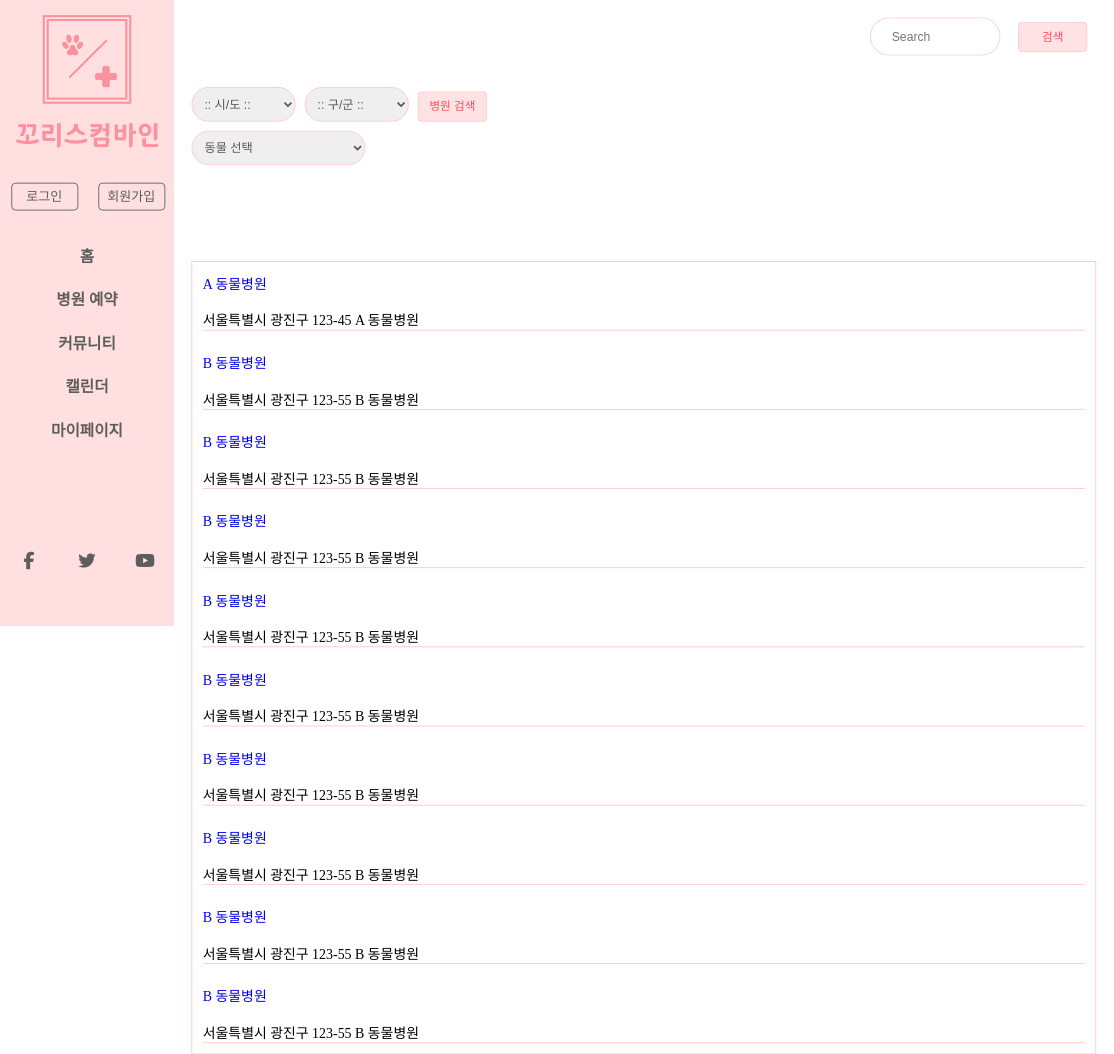
Repository: dodnam/kkoris
Page: http://localhost/1_kkoris/reservation1.jsp
The author's editor kept a copy of each file at every save. The page is drawn from the files as they stood at one save, then again after the next save.
The browser window is 1280 px wide. The pictures show the whole page, at 87% of full size.
Some web libraries are served in a nearby version. The page is served by Tomcat 9.

Above is the page before, as saved 2020-02-17 02:18:14.

### 1_kkoris/WebContent/reservation1.jsp
<%@ page language="java" contentType="text/html; charset=UTF-8"
    pageEncoding="UTF-8"%>
<!DOCTYPE html>
<html>
<head>
<meta charset="UTF-8">
<title>Insert title here</title>
<link rel="stylesheet" type="text/css" href="<%= request.getContextPath() %>/css/index.css"/>
<style>
	.search_input{width: 150px; padding: 12px 24px; font-size: 14px; line-height: 18px; color: #575756; background-size: 18px 18px; border-radius: 50px; backface-visibility: hidden; border: 1px solid #ffc6c9;position: fixed; right:130px; top: 20px; outline:none;}
   .search_box1{line-height: 30px; text-align: center; background-color: #ffe3e4; color:#ff4e59;border: 1px solid #fcc6c9; border-radius: 5px; width: 80px; height: 35px;  position: fixed;right: 30px; top: 25px; outline:none;}
   	#first{width: 120px; padding: 10px; font-size: 14px; line-height: 18px; color: #575756;background-size: 18px 10px; border-radius: 50px; border: 1px solid #ffc6c9;position: fixed; top: 100px; left:220px; outline:none;}
   	#second{width: 120px; padding: 10px; font-size: 14px; line-height: 18px; color: #575756;background-size: 18px 10px; border-radius: 50px; border: 1px solid #ffc6c9;position: fixed; top: 100px; left: 350px; outline:none;}
   	.search_box2{line-height: 30px; text-align: center; background-color: #ffe3e4; color:#ff4e59;border: 1px solid #fcc6c9; border-radius: 5px; width: 80px; height: 35px;  position: fixed;left: 480px; top: 105px; outline:none;}
   	.search_animal{width: 200px; padding: 10px; font-size: 14px; line-height: 18px; color: #575756;background-size: 18px 10px; border-radius: 50px; border: 1px solid #ffc6c9;position: fixed; top: 150px; left:220px; outline:none;}
   	.medical_departments{width: 200px; padding: 10px; font-size: 14px; line-height: 18px; color: #575756;background-size: 18px 10px; border-radius: 50px; border: 1px solid #ffc6c9;position: fixed; top: 200px; left:220px; outline:none;}
   	.hospital_list{border:1px solid #ffc6c9; overflow: auto; left:220px; right: 20px; bottom:50px;margin-top:300px; margin-left:20px; margin-right:20px;}
   	.hospital_list>ul>li{padding:12px;}
   	.hospital_list>ul>li::after{content: ''; display:block; border-bottom: 1px solid #ffc6c9; width:100%;}


</style>
	<script type="text/javascript">

		   // 지역 선택

		   var f_selbox = ["서울특별시","인천광역시","대전광역시","광주광역시","대구광역시","울산광역시","부산광역시","경기도","강원도","충청북도","충청남도","전라북도","전라남도","경상북도","경상남도","제주도"];
		   var s_selbox = new Array();
		   s_selbox[0] = ["강남구","강동구","강북구","강서구","관악구","광진구","구로구","금천구","노원구","도봉구","동대문구","동작구","마포구","서대문구","서초구","성동구","성북구","송파구","양천구","영등포구","용산구","은평구","종로구","중구","중랑구"];
		   s_selbox[1] = ["계양구","남구","남동구","동구","부평구","서구","연수구","중구","강화군","옹진군"];
		   s_selbox[2] = ["대덕구","동구","서구","유성구","중구"];
		   s_selbox[3] = ["광산구","남구","동구",     "북구","서구"];
		   s_selbox[4] = ["남구","달서구","동구","북구","서구","수성구","중구","달성군"];
		   s_selbox[5] = ["남구","동구","북구","중구","울주군"];
		   s_selbox[6] = ["강서구","금정구","남구","동구","동래구","부산진구","북구","사상구","사하구","서구","수영구","연제구","영도구","중구","해운대구","기장군"];
		   s_selbox[7] = ["고양시","과천시","광명시","광주시","구리시","군포시","김포시","남양주시","동두천시","부천시","성남시","수원시","시흥시","안산시","안성시","안양시","양주시","오산시","용인시","의왕시","의정부시","이천시","파주시","평택시","포천시","하남시","화성시","가평군","양평군","여주군","연천군"];
		   s_selbox[8] = ["강릉시","동해시","삼척시","속초시","원주시","춘천시","태백시","고성군","양구군","양양군","영월군","인제군","정선군","철원군","평창군","홍천군","화천군","횡성군"];
		   s_selbox[9]= ["제천시","청주시","충주시","괴산군","단양군","보은군","영동군","옥천군","음성군","증평군","진천군","청원군"];
		   s_selbox[10] = ["계룡시","공주시","논산시","보령시","서산시","아산시","천안시","금산군","당진군","부여군","서천군","연기군","예산군","청양군","태안군","홍성군"];
		   s_selbox[11] = ["군산시","김제시","남원시","익산시","전주시","정읍시","고창군","무주군","부안군","순창군","완주군","임실군","장수군","진안군"];
		   s_selbox[12] = ["광양시","나주시","목포시","순천시","여수시","강진군","고흥군","곡성군","구례군","담양군","무안군","보성군","신안군","영광군","영암군","완도군","장성군","장흥군","진도군","함평군","해남군","화순군"];
		   s_selbox[13] = ["경산시","경주시","구미시","김천시","문경시","상주시","안동시","영주시","영천시","포항시","고령군","군위군","봉화군","성주군","영덕군","영양군","예천군","울릉군","울진군","의성군","청도군","청송군","칠곡군"];
		   s_selbox[14] = ["거제시","김해시","마산시","밀양시","사천시","양산시","진주시","진해시","창원시","통영시","거창군","고성군","남해군","산청군","의령군","창녕군","하동군","함안군","함양군","합천군"];
		   s_selbox[15] = ["서귀포시","제주시","남제주군","북제주군"];

 		function init(f){
 			var f_sel = f.first;
 			var s_sel = f.second;

 			f_sel.options[0] = new Option(":: 시/도 ::", "");
 			s_sel.options[0] = new Option(":: 구/군 ::", "");

 			for(var i = 0; i < f_selbox.length; i++){
 				f_sel.options[i+1] = new Option(f_selbox[i], f_selbox[i]);
 			}
 		}
 		function initChange(f){
 			var f_sel = f.first;
 			var s_sel = f.second;

 			var sel = f_sel.selectedIndex;
 			for(var i = s_sel.length; i >= 0; i--){
 				s_sel.options[i] = null;
 			}

 			s_sel.options[0] = new Option(":: 시/도 ::", "");

 			if(sel != 0){
 				for(var i = 0; i < s_selbox[sel-1].length; i++){
 					s_sel.options[i+1] = new Option(s_selbox[sel-1][i], s_selbox[sel-1][i]);
 				}
 			}
 		}

 		</script>

</head>
<body onload = "init(this.form);">
	<%@ include file="views/layout.jsp" %>

	<div class="container">
		<div>
			<input class="search_input" type="search" placeholder="Search">
			<button class="search_box1">검색</button>
		</div>
		<form name="form">
			<select id="first" onchange="initChange(this.form);"></select>
			<select id="second"></select>
		</form>
		<div >
			<button class="search_box2">병원 검색</button>
		</div>
		<div>
			<select class="search_animal">
				<option>동물 선택</option>
				<option>동물 선택</option>
				<option>동물 선택</option>
			</select>
		</div>

		<div class="hospital_list">
			<ul>
				<li>
					<a href="#">
						A 동물병원
					</a><br><br>
					서울특별시 광진구 123-45 A 동물병원
				</li>
				<li>
					<a href="#">
						B 동물병원
					</a><br><br>
					서울특별시 광진구 123-55 B 동물병원<br>
				</li>
				<li>
					<a href="#">
						B 동물병원
					</a><br><br>
					서울특별시 광진구 123-55 B 동물병원<br>
				</li>
				<li>
					<a href="#">
						B 동물병원
					</a><br><br>
					서울특별시 광진구 123-55 B 동물병원<br>
				</li>
				<li>
					<a href="#">
						B 동물병원
					</a><br><br>
					서울특별시 광진구 123-55 B 동물병원<br>
				</li>
				<li>
					<a href="#">
						B 동물병원
					</a><br><br>
					서울특별시 광진구 123-55 B 동물병원<br>
				</li>
				<li>
					<a href="#">
						B 동물병원
					</a><br><br>
					서울특별시 광진구 123-55 B 동물병원<br>
				</li>
				<li>
					<a href="#">
						B 동물병원
					</a><br><br>
					서울특별시 광진구 123-55 B 동물병원<br>
				</li>
				<li>
					<a href="#">
						B 동물병원
					</a><br><br>
					서울특별시 광진구 123-55 B 동물병원<br>
				</li>
				<li>
					<a href="#">
						B 동물병원
					</a><br><br>
					서울특별시 광진구 123-55 B 동물병원<br>
				</li>
			</ul>
		</div>

	</div>
</body>
</html>

### 1_kkoris/WebContent/views/layout.jsp
<%@ page language="java" contentType="text/html; charset=UTF-8"
    pageEncoding="UTF-8"%>
<!DOCTYPE html>
<html>
<head>
<meta charset="UTF-8">
<title>Insert title here</title>
<link href="https://fonts.googleapis.com/css?family=Noto+Sans+KR&display=swap" rel="stylesheet">
<script src="https://kit.fontawesome.com/18fd811fa1.js" crossorigin="anonymous"></script> <!-- sns아이콘 -->
<link rel="stylesheet" type="text/css" href="<%= request.getContextPath() %>/css/layout.css"/> <!-- 작성할 css를 연결 -->
</head>
<body>
	<header><!-- 헤더 -->
		<h1 class="logo"></h1>
		<nav>
      		<div class="login">
	        	<div><a href="#">로그인</a></div>
	        	<div><a href="#">회원가입</a></div>
	      	</div>
	      	<ul id="navigator">
	        	<li id="nav-home">
	         		<a href="#"><span>홈</span></a>
	         	</li>
	         	<li id="nav-hospital">
	         		<span>병원 예약</span>
         			<ul class="nav2-hospital" id="nav2-hospital">
         				<li><a href="#">병원 검색</a></li>
	         			<li><a href="#">예약 확인</a></li>
	         			<li><a href="#">병원 후기</a></li>
         			</ul>
	         	</li>
	         	<li id="nav-community">
	         		<span>커뮤니티</span>
         			<ul class="nav2-community" id="nav2-community">
	         			<li><a href="#">공지사항</a></li>
	         			<li><a href="#">후기 모아보기</a></li>
	         			<li><a href="#">지식 공유</a></li>
         			</ul>
	         	</li>
	         	<li id="nav-calendar">
	         		<a href="#"><span>캘린더</span></a>
	         	</li>
	         	<li id="nav-mypage">
	         		<span>마이페이지</span>
	         		<ul class="nav2-mypage" id="nav2-mypage">
		         		<li><a href="#">내 정보</a></li>
		         		<li><a href="#">예약 조회</a></li>
		         		<li><a href="#">포인트샵</a></li>
		         		<li><a href="#">내가 쓴 글 조회</a></li>
	         		</ul>
	         	</li>
	      	</ul>
		<dl>
	    	<dt class="blind">sns</dt>
	        <dd><a href="#"><i class="fab fa-facebook-f"></i></a></dd>
	        <dd><a href="#"><i class="fab fa-twitter"></i></a></dd>
	        <dd><a href="#"><i class="fab fa-youtube"></i></a></dd>
		</dl>
		</nav>
	</header>
	<footer></footer>
</body>
</html>

### 1_kkoris/WebContent/css/index.css
@charset "UTF-8";
/* 컨테이너 */
div.container{position: absolute; top:0; left:0; padding-left:200px; height:100%; width:100%; box-sizing:border-box;}
/* 섹션이 현재 1개이기 때문에 100% 2개면 200%, 3개면 300% */
/* 참고	section:nth-of-type(1) {section 중 첫번째 section에 접근} */
section.main {position:relative; height:100%; width:100%; background: url(../images/main-bg.jpg) no-repeat center center; background-size: contain;}
section.main > article.quickMenu > ul {position: absolute; top:calc(50% - 50px); left:calc(50% - 25%); width: 50%; height: 100px; display: flex;}
section.main > article.quickMenu {position: relative; width: 100%; height: 100%; background: rgba(0, 0, 0, 0.2);}
section.main > article.quickMenu > ul > li {width: 25%; height:100px;}
section.main > article.quickMenu > ul > li > a {color: #5d5d5d; display:block; font-size: 5em; text-align:center;}
section.main > article.quickMenu > ul > li > a > span {display: block; font-size: 15px;}
section.main > article.quickMenu > ul > li > a:hover {color: #fb929e;}

### 1_kkoris/WebContent/css/layout.css
@charset "UTF-8";
* {margin: 0; padding: 0;}
html, body {width: 100%;height: 100%}
table{border-collapse: collapse;}
img,fieldset{border: none;}
address,caption,cite,code,em,strong,th{font-style: normal;font-weight: normal;}
ol,ul{list-style: none;}
capthion,th{text-align: left;}
h1,h2,h3,h4,h5,h6{font-weight: normal;font-size: 100%;}
q:after,q:before{content: "";}
abbr,acronym{border:none;} /* 축약어 */
img,input,select{vertical-align: middle;}
hr{display: none;}
html,body{width: 100%;height: 100%}
a {text-decoration: none;}
header {position: fixed; width: 200px; height: 100%; background: #ffdfdf; z-index: 30;}
.blind{position: absolute;left: 0;top: 0;width: 0;height: 0;font-size: 0;line-height: 0;text-indent: -9999px;overflow: hidden;visibility: hidden;}
.displaynone{display: none;}

h1.logo {
	text-indent: -9999px; overflow: hidden; width: 180px; height: 180px;
	margin: 10px auto; /* auto는 중앙에 놓음 */
	background: url(../images/logo.png) no-repeat; background-size: contain; /*contain = h1 사이즈에 맞춤*/
}

.login {display: flex; justify-content:space-around; font-size: 15px;}
				/*블락요소로 가로 정렬 함*/
.login > div {width: 75px; height: 30px;} /* 위 아래 마진, 좌 우 마진*/
.login > div > a {display: block; width: 100%; height: 100%; line-height: 30px; text-align: center; border: 1px solid #5d5d5d; border-radius: 5px;}
.login > div > a:hover {color: #fb929e; border: none; background: #fff6f6; font-weight: 600}

/* 메뉴바 */
nav {margin-top: 20px;}
nav * {color: #5d5d5d;}
nav > ul {margin-top: 30px; text-align: center;}
nav > ul > li {width: 100%;}
nav > ul > li:hover {background: #fff6f6;}
nav > ul > li span {display:block; width: 100%; height: 100%; line-height: 50px; font-size: 18px; font-weight: 600; border-radius: 10px; cursor: pointer;}
nav > ul > li span:hover {color: #fb929e;}

nav > ul > li > ul[class^=nav2] {display: none;}
nav > ul > li > ul[class^=nav2] > li > a {display: block; line-height: 40px; font-size: 16px;}
nav > ul > li > ul[class^=nav2] > li > a:hover {color: #fb929e; font-weight: 600;}

nav > ul > li:hover > ul[class^=nav2] {display: block;}

/* sns */
nav > dl {position:absolute; bottom:50px; width:100%; height:50px; display:flex; justify-content:space-around;}
nav > dl > dd {width:50px; text-align:center;}
nav > dl > dd > a {display: block; width: 100%; height:100%; font-size:20px; line-height:50px; transition:all 0.2s ease 0s;}
nav > dl > dd > a:hover {font-size:25px;}

After the next save:
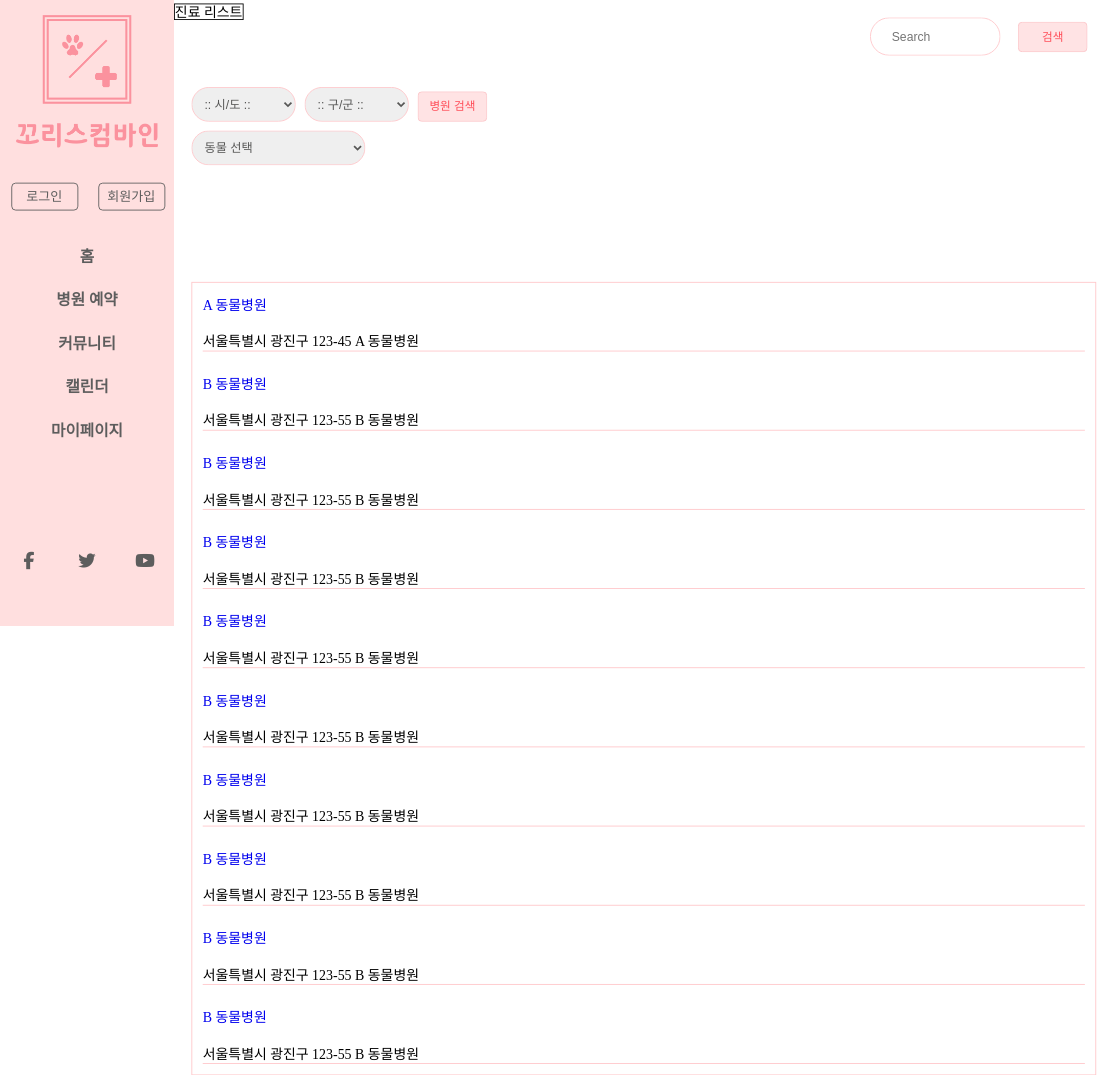
Saved 30 min 22 s later.
--- a/1_kkoris/WebContent/reservation1.jsp
+++ b/1_kkoris/WebContent/reservation1.jsp
@@ -18,6 +18,12 @@
    	.hospital_list>ul>li{padding:12px;}
    	.hospital_list>ul>li::after{content: ''; display:block; border-bottom: 1px solid #ffc6c9; width:100%;}
 
+   	.selectMenu dd:last-of-type>a{position:relative; border: 1px solid #000;}
+   	.selectMenu dd:last-of-type>ul{display:none; position: absolute;background:#fff;}
+   	.selectMenu dd:last-of-type.on>ul{display:block; padding: 10px 0;}
+   	.selectMenu dd:last-of-type>ul>li{color:#ff4e59;}
+   	.selectMenu dd:last-of-type>ul>li>ul{padding: 0 8px;}
+   	.selectMenu dd:last-of-type>ul>li>ul>li>a{display:block; width:100%;}
 
 </style>
 	<script type="text/javascript">
@@ -98,6 +104,82 @@
 			</select>
 		</div>
 
+				<div class="selectMenu">
+		<dl>
+			<dd><a>진료 리스트</a>
+				<ul>
+					<li>건강검진
+						<ul>
+							<li><a>기초 종합검진</a></li>
+							<li><a>복합 종합검진</a></li>
+						</ul>
+					</li>
+					<li>혈액검사
+						<ul>
+							<li><a>기초 혈액검사</a></li>
+						</ul>
+					</li>
+					<li>안과검진
+						<ul>
+							<li><a>기초 안과검진</a></li>
+						</ul>
+					</li>
+					<li>예방접종
+						<ul>
+							<li><a>코로나</a></li>
+							<li><a>켄넬로프</a></li>
+							<li><a>반려견 종합백신</a></li>
+							<li><a>광견병</a></li>
+							<li><a>인플루엔자</a></li>
+							<li><a>반려묘 종합백신</a></li>
+							<li><a>항체가검사</a></li>
+						</ul>
+					</li>
+					<li>치과
+						<ul>
+							<li><a>스케일링</a></li>
+							<li><a>발치</a></li>
+						</ul>
+					</li>
+					<li>피부과
+						<ul>
+							<li><a>곰팡이균 검사</a></li>
+							<li><a>알러지 검사</a></li>
+						</ul>
+					</li>
+					<li>키트검사
+						<ul>
+							<li><a>심장사상충 검사</a></li>
+							<li><a>혈액형 검사</a></li>
+						</ul>
+					</li>
+					<li>내시경
+						<ul>
+							<li><a>위 내시경</a></li>
+						</ul>
+					</li>
+					<li>초음파
+						<ul>
+							<li><a>초음파</a></li>
+						</ul>
+					</li>
+					<li>중성화 수술
+						<ul>
+							<li><a>수컷</a></li>
+							<li><a>암컷</a></li>
+							<li><a>잠복고환</a></li>
+						</ul>
+					</li>
+					<li>기타
+						<ul>
+							<li><a>기타</a></li>
+						</ul>
+					</li>
+				</ul>
+			</dd>
+		</dl>
+		</div>
+
 		<div class="hospital_list">
 			<ul>
 				<li>
